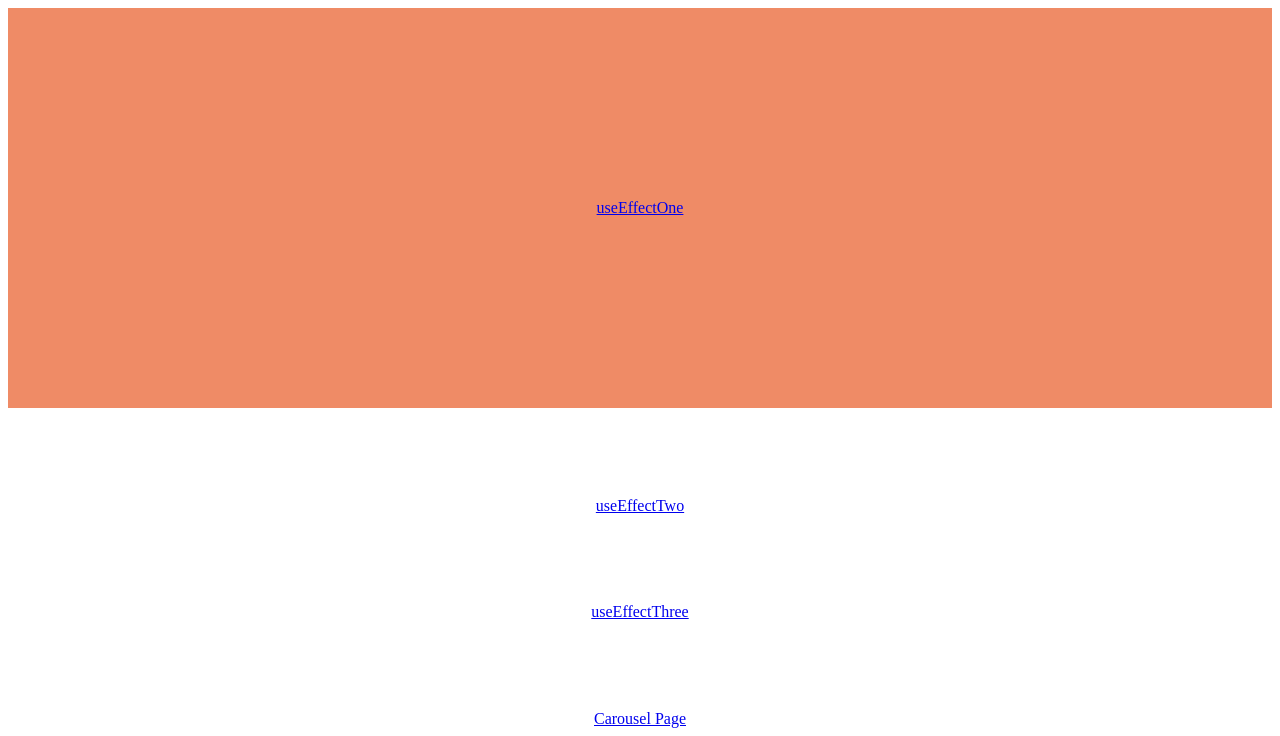
Repository: giovanabirck/class8
Page: /
An editor plug-in stored every save of this project. The page is shown before and after the next save, followed by the edit.
The browser window is 1280 px wide. The pictures show the whole page.
The project was rebuilt for these pictures with package versions that can differ from the ones it lists, and the page was loaded fresh each time. The framework's server and built-in components were replaced by stand-ins that run in the browser. Also part of the build but not shown: next.config.js.

Above is the page before, as saved 2023-02-23 17:47:49.

### pages/index.js
import Head from 'next/head'
import styles from '@/styles/Home.module.css'
import Link from 'next/link'


export default function Home() {
  return (
    <>
      <Head>
        <title>Create Next App</title>
        <meta name="description" content="Generated by create next app" />
        <meta name="viewport" content="width=device-width, initial-scale=1" />
        <link rel="icon" href="/favicon.ico" />
      </Head>
      <main className={styles.main}>
        <div className={styles.effect_one}>
          <Link href="/useEffectOne" className={styles.one_link}>useEffectOne</Link>
        </div>
        <div className={styles.effect_two}>
          <Link href="/useEffectTwo">useEffectTwo</Link>
        </div>
        <div className={styles.effect_three}>
          <Link href="/useEffectThree">useEffectThree</Link>
        </div>
        <div className={styles.carousel}>
          <Link href="/carouselPage">Carousel Page</Link>
        </div>
      </main>
    </>
  )
}

### styles/globals.css
:root {
  --blue: #95CDF9;
  --green: #C3E0CF;
  --orange: #EF8B66;
  --white: #f4f9fd;
  --black: #222222;
  }

### styles/Home.module.css
.main {
  display: flex;
  flex-direction: column;
  justify-content: space-between;
  align-items: center;
  padding: 0rem;
  min-height: 100vh;
  font-family: ;
}

.effect_one {
  background-color: var(--orange);
  width: 100%;
  height: 25rem;
  margin: 0rem;
  display: flex;
  justify-content: center;
  align-items: center;

}

Loaded but not shown: pages/_app.js (common file); pages/_document.js (common file)

After the next save:
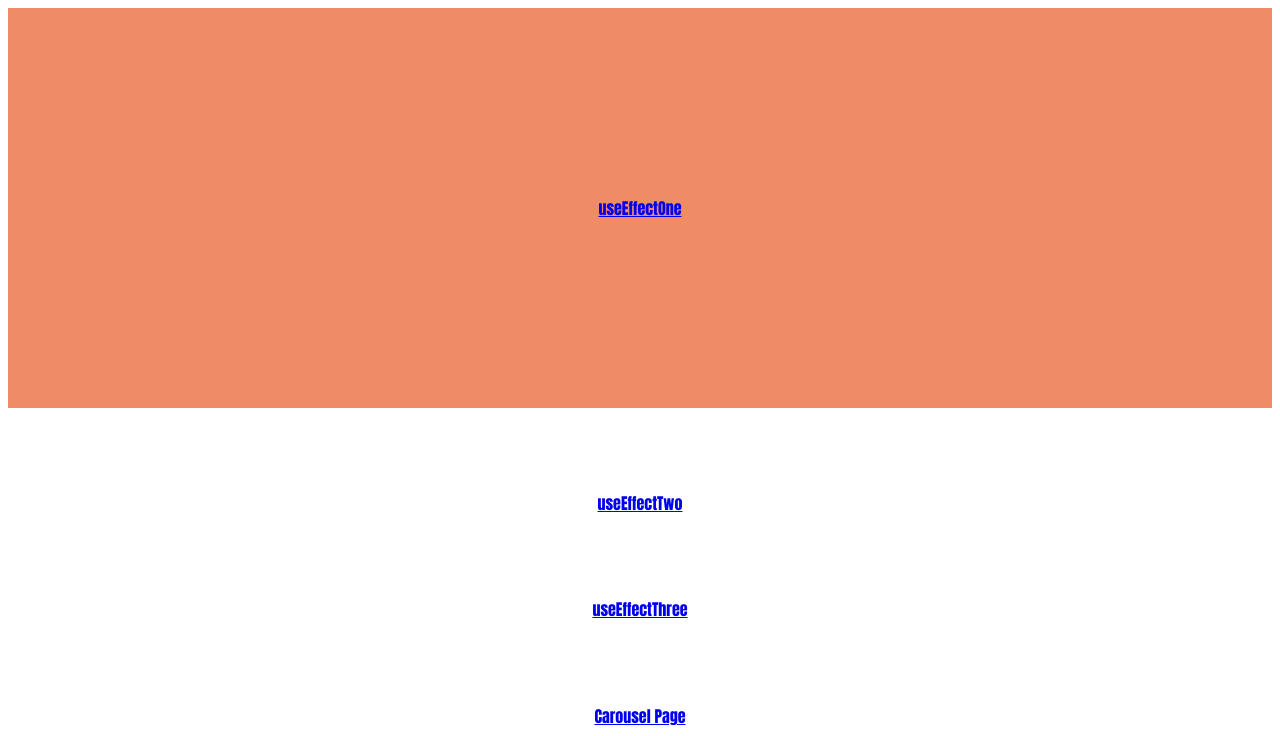
Saved 6 s later.
--- a/styles/Home.module.css
+++ b/styles/Home.module.css
@@ -5,7 +5,7 @@
   align-items: center;
   padding: 0rem;
   min-height: 100vh;
-  font-family: ;
+  font-family: Impact, Haettenschweiler, 'Arial Narrow Bold', sans-serif;
 }
 
 .effect_one {

After the save that followed:
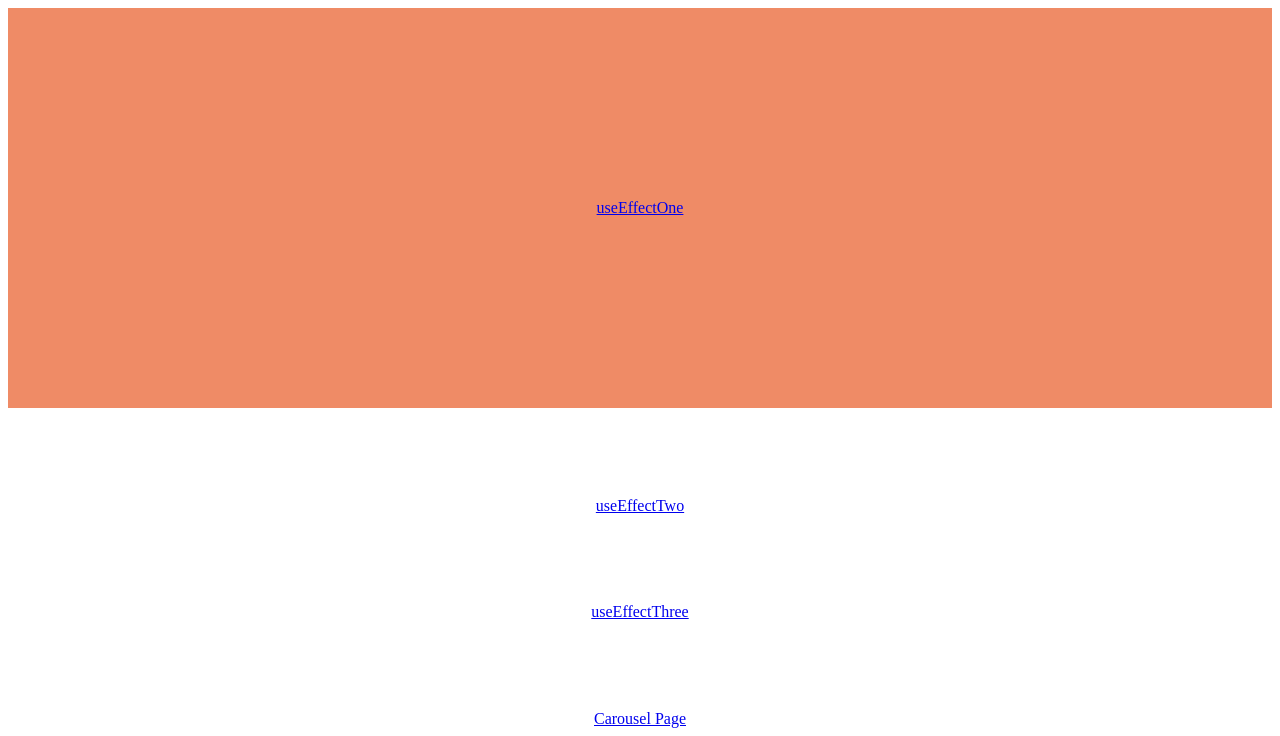
Saved 8 s later.
--- a/styles/Home.module.css
+++ b/styles/Home.module.css
@@ -5,7 +5,7 @@
   align-items: center;
   padding: 0rem;
   min-height: 100vh;
-  font-family: Impact, Haettenschweiler, 'Arial Narrow Bold', sans-serif;
+  font-family: ;
 }
 
 .effect_one {
